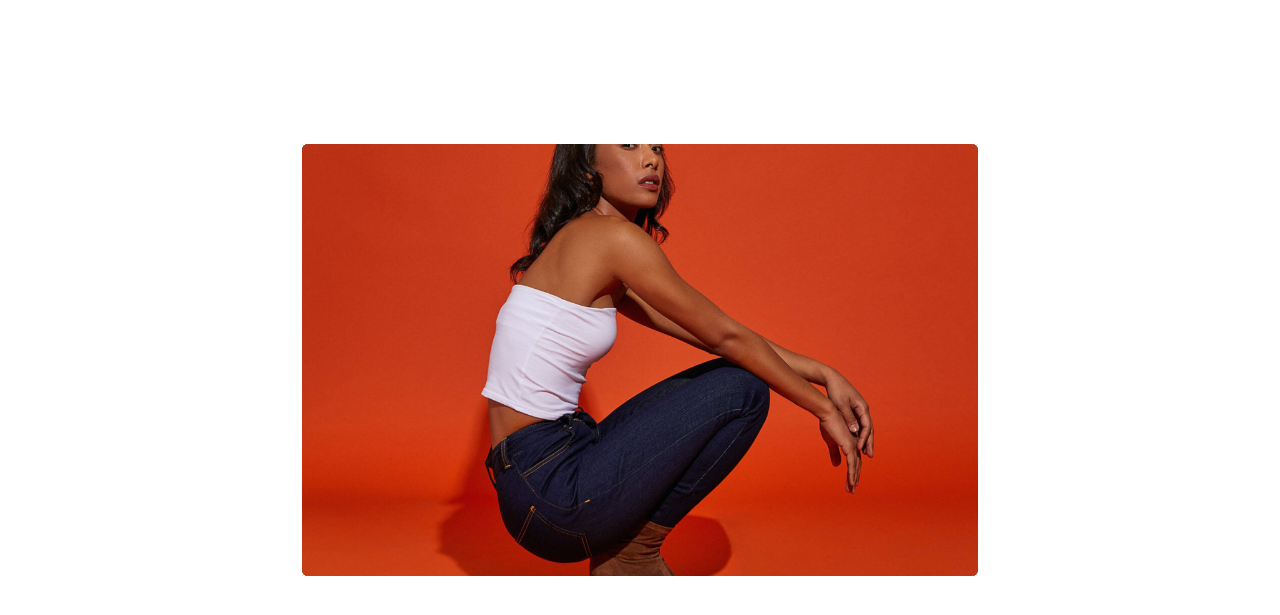
Repository: lwygold/motion
Page: layout/이미지 위로 계속 올라가는레이아웃.html
These files come from the project's save history. The page is drawn as it stood at one moment and after the next save; the edit follows.
The browser window is 1280 px wide. The pictures show the whole page.
The pointer rests on the first visible `section ul li div img`.

Above is the page before, as saved 2023-02-08 11:17:29.

After the next save:
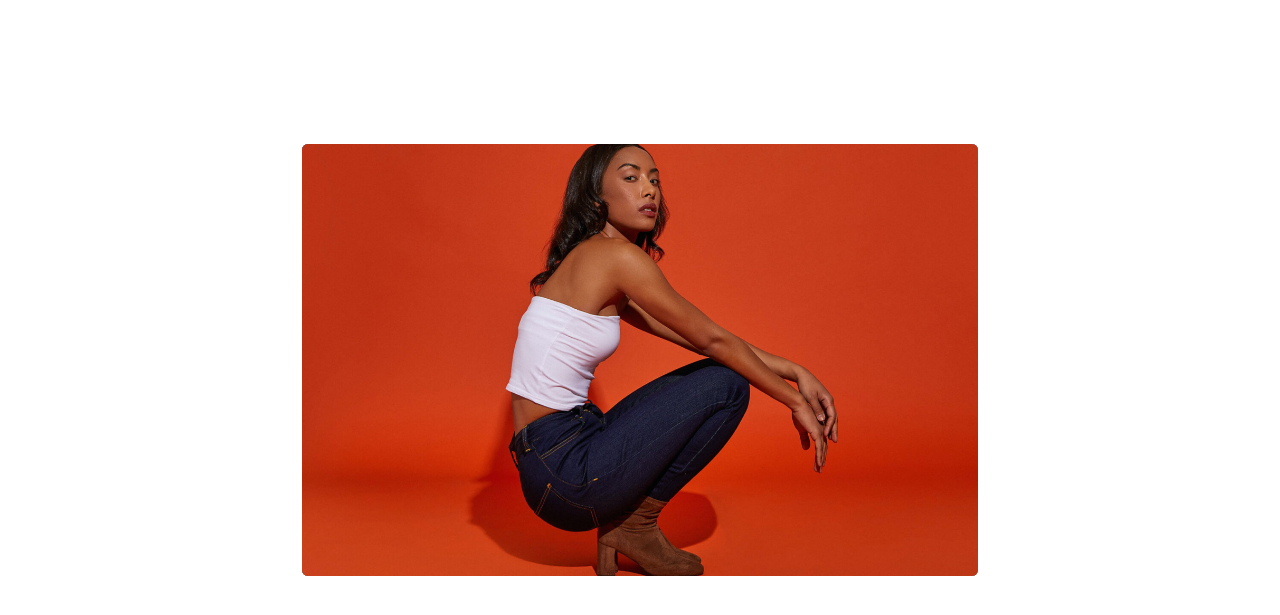
Saved 14 s later.
--- a/layout/이미지 위로 계속 올라가는레이아웃.html
+++ b/layout/이미지 위로 계속 올라가는레이아웃.html
@@ -107,8 +107,8 @@
     }
 
     section ul li div img:hover {
-        -webkit-transform: scale(1.3);
-        transform: scale(1.3);
+        -webkit-transform: scale(1.1);
+        transform: scale(1.1);
     }
 
 </style>
